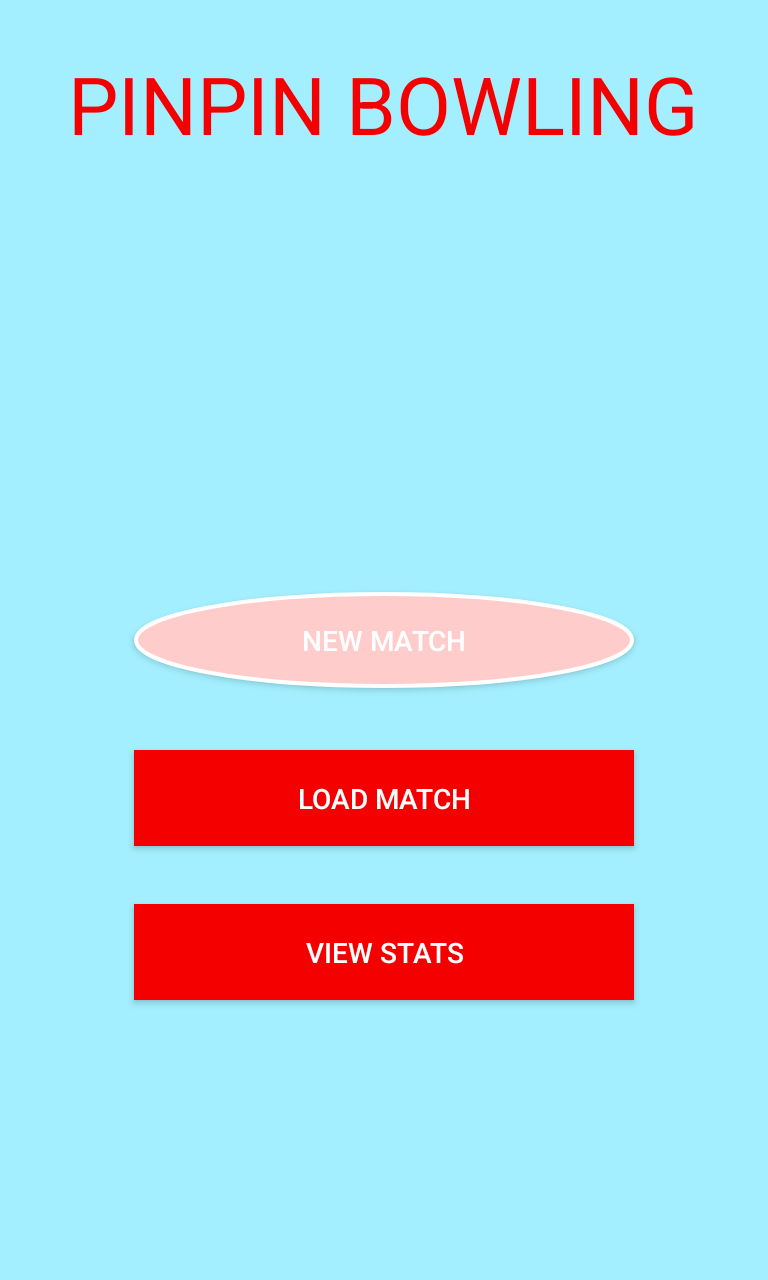
Repository: Atlaspud/TeamMasterE
Layout: BowlingGame/res/layout/main_menu_fragment.xml
The author's editor kept a copy of each file at every save. The layout is drawn from the files as they stood at one save, then again after the next save.
It is drawn on a 768 x 1280 px phone screen (xhdpi) without system bars, with theme AppTheme; the app's code is not run.

Above is the layout before, as saved 2014-10-11 01:54:42.

### BowlingGame/res/layout/main_menu_fragment.xml
<RelativeLayout xmlns:android="http://schemas.android.com/apk/res/android"
    xmlns:tools="http://schemas.android.com/tools"
    android:layout_width="match_parent"
    android:layout_height="match_parent"
    android:background="@color/light_blue"
    android:paddingBottom="@dimen/activity_vertical_margin"
    android:paddingLeft="@dimen/activity_horizontal_margin"
    android:paddingRight="@dimen/activity_horizontal_margin"
    android:paddingTop="@dimen/activity_vertical_margin"
    tools:context="au.edu.jcu.bowlinggame.MainActivity$PlaceholderFragment"
    tools:ignore="HardcodedText,SpUsage" >

    <TextView
        android:id="@+id/textView1"
        android:layout_width="wrap_content"
        android:layout_height="wrap_content"
        android:layout_alignParentTop="true"
        android:layout_centerHorizontal="true"
        android:layout_marginTop="9dp"
        android:text="PINPIN BOWLING"
        android:textAppearance="?android:attr/textAppearanceLarge"
        android:textColor="@color/red"
        android:textSize="40dp" />

    <Button
        android:id="@+id/button1"
        android:layout_width="250dp"
        android:layout_height="wrap_content"
        android:layout_centerHorizontal="true"
        android:layout_centerVertical="true"
        android:background="@drawable/button_shape"
        android:text="NEW MATCH"
        android:textColor="@color/white" />

    <Button
        android:id="@+id/Button01"
        android:layout_width="250dp"
        android:layout_height="wrap_content"
        android:layout_alignLeft="@+id/button1"
        android:layout_below="@+id/button1"
        android:layout_marginTop="31dp"
        android:background="@drawable/custom_button"
        android:text="LOAD MATCH"
        android:textColor="@color/white" />

    <Button
        android:id="@+id/Button02"
        android:layout_width="250dp"
        android:layout_height="wrap_content"
        android:layout_alignLeft="@+id/Button01"
        android:layout_below="@+id/Button01"
        android:layout_marginTop="29dp"
        android:background="@drawable/custom_button"
        android:text="VIEW STATS"
        android:textColor="@color/white" />

</RelativeLayout>

### BowlingGame/res/values/colours.xml
<?xml version="1.0" encoding="utf-8"?>
<resources>
    <color name="light_blue">#A3EFFF</color>
    <color name="red">#F40000</color>
    <color name="dark_red">#C90000</color>
    <color name="white">#FFFFFF</color>
</resources>

### BowlingGame/res/drawable-hdpi/button_shape.xml
<?xml version="1.0" encoding="utf-8"?>

<shape
    xmlns:android="http://schemas.android.com/apk/res/android" android:shape="oval" >
    <solid android:color="#ffcccc"/>
    <stroke android:width="2dp"
        	android:color="#ffffff"/>
</shape>

### BowlingGame/res/drawable-hdpi/custom_button.xml
<?xml version="1.0" encoding="utf-8"?>

<selector xmlns:android="http://schemas.android.com/apk/res/android" >
    <item android:state_pressed="true"
        android:drawable="@color/dark_red">
        <shape xmlns:android="http://schemas.android.com/apk/res/android" android:shape="rectangle">
            <corners android:bottomLeftRadius="8dp"
                	android:bottomRightRadius="8dp"
        			android:topLeftRadius="8dp"
        			android:topRightRadius="8dp"/>
		</shape>
</item>

    <item android:drawable="@color/red">
        <shape xmlns:android="http://schemas.android.com/apk/res/android" android:shape="rectangle">
            <corners android:bottomLeftRadius="8dp"
                	android:bottomRightRadius="8dp"
        			android:topLeftRadius="8dp"
        			android:topRightRadius="8dp"/>
		</shape>
</item>

</selector>

Loaded but not shown: BowlingGame/res/values/styles.xml (common file); BowlingGame/res/values-v11/styles.xml (common file); BowlingGame/res/values-v14/styles.xml (common file); BowlingGame/res/values/dimens.xml (common file); BowlingGame/res/values-w820dp/dimens.xml (common file)

After the next save:
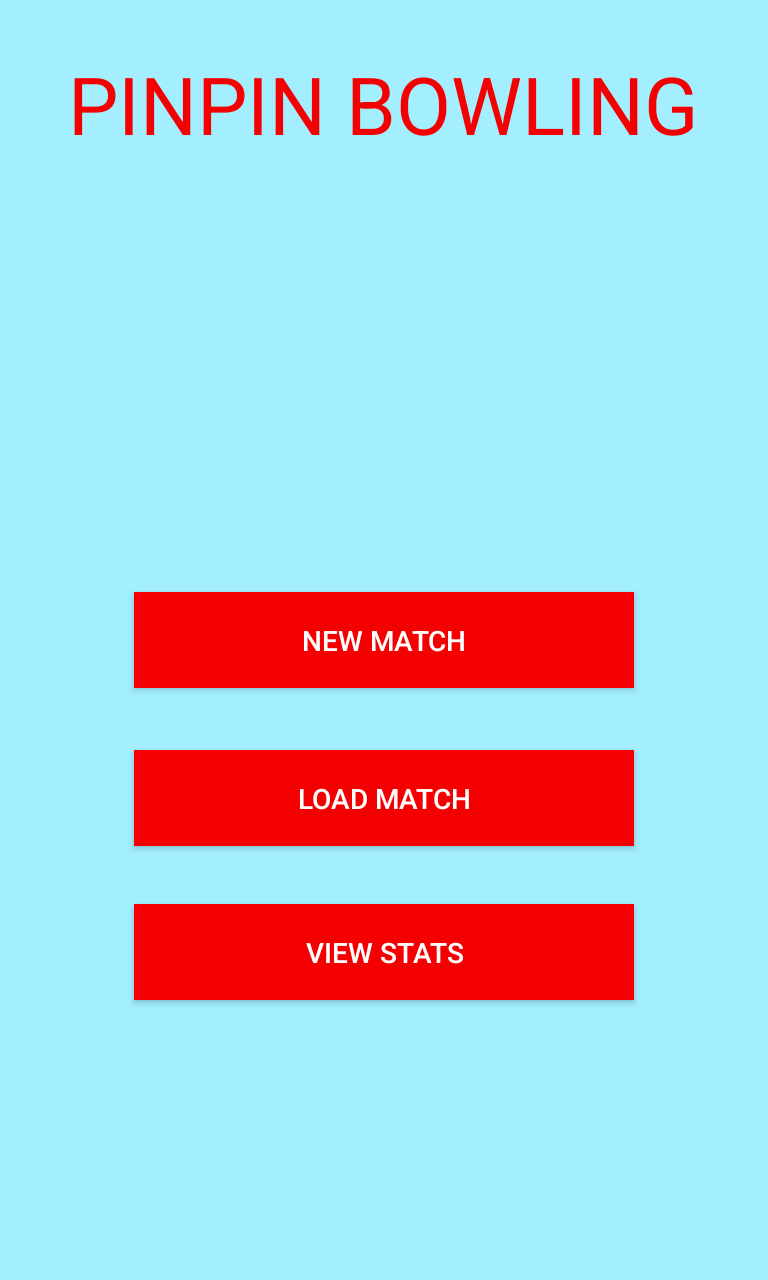
Saved 28 s later.
--- a/BowlingGame/res/layout/main_menu_fragment.xml
+++ b/BowlingGame/res/layout/main_menu_fragment.xml
@@ -28,7 +28,7 @@
         android:layout_height="wrap_content"
         android:layout_centerHorizontal="true"
         android:layout_centerVertical="true"
-        android:background="@drawable/button_shape"
+        android:background="@drawable/custom_button"
         android:text="NEW MATCH"
         android:textColor="@color/white" />
 
